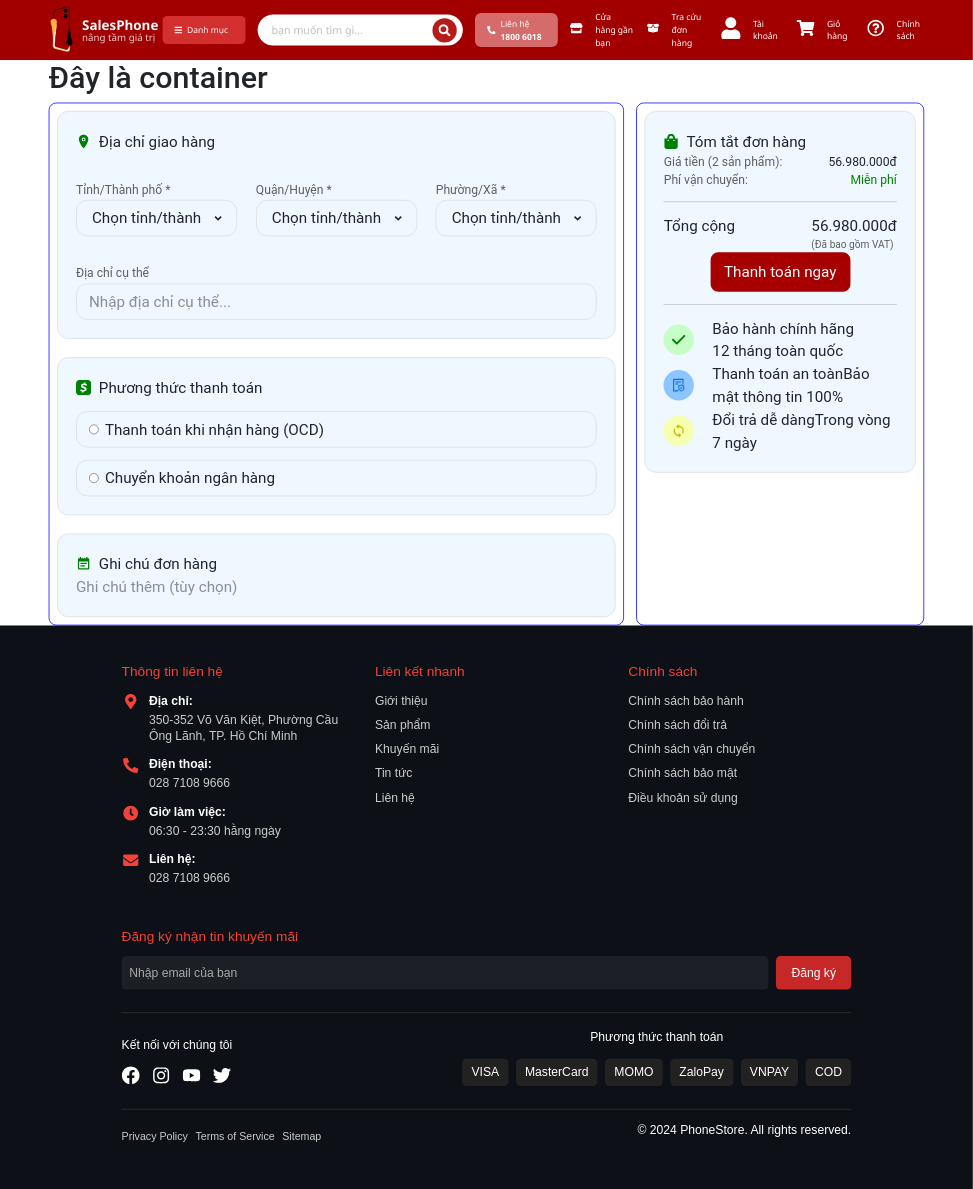
Repository: nguyenhuuluanTTB/cn-da22ttb-nguyenhuuluan-website_salesphone-nextjs_nodejs
Page: /order (app in Project_SalesPhone/client/salesphone/)
The author's editor kept a copy of each file at every save. The page is drawn from the files as they stood at one save, then again after the next save.
The browser window is 1280 px wide. The pictures show the whole page, at 76% of full size.
The project was rebuilt for these pictures with package versions that can differ from the ones it lists, and the page was loaded fresh each time. The framework's server and built-in components were replaced by stand-ins that run in the browser. Also part of the build but not shown: Project_SalesPhone/client/salesphone/next.config.ts.

Above is the page before, as saved 2025-12-02 02:56:36.

### Project_SalesPhone/client/salesphone/app/layout.tsx

import "./globals.css";
import Header from "./components/Header/Header";
import Footer from "./components/Footer/Footer";


import 'bootstrap/dist/css/bootstrap.min.css';


export const metadata = {
  title: "SalesPhone",
  description: "Website bán điện thoại",
};

export default function RootLayout({
  children,
}: {
  children: React.ReactNode;
}) {
  return (
    <html lang="vi">
      <body>
        {/* Thêm Header ở đây */}
        <Header />

        {/* Nội dung trang */}
        {children}
        <Footer />
      </body>
    </html>
  );
}

### Project_SalesPhone/client/salesphone/app/order/page.tsx
"use client"

import styles from './order.module.scss';
import { IoLocation } from "react-icons/io5";
import { SiCashapp } from "react-icons/si";
import { MdEventNote,MdLoop  } from "react-icons/md";
import { FaShoppingBag } from "react-icons/fa";
import { FaCheck } from "react-icons/fa6";
import { AiOutlineFileProtect } from "react-icons/ai";

export default function Order () {

    return(
        <section className={styles.order}> {/*order */}

            <div className={styles.container}> {/*container */}

                <h1>Đây là container</h1>
                <div className={styles.gridContainer}>

                    <div className={`${styles.item} ${styles.item1}`}>

                        <div className={styles.thongtindiachi}>

                            <div className={styles.title_location}><IoLocation style={{color:'green', fontWeight: 'bold'}}/><span>Địa chỉ giao hàng</span></div>
                            <div className={styles.diachigiaohang}> {/*Địa chỉ giao hàng */}
                                <div>
                                    <span style={{fontSize: '12pt', color: 'rgb(94, 94, 94)'}}>Tỉnh/Thành phố *</span>
                                    <div className={styles.tinh}>
                                        <select>

                                            <option>Chọn tỉnh/thành</option>
                                            <option>TP.Hồ Chính Minh</option>
                                            <option>Hà Nội</option>
                                            <option>Hải Phòng</option>
                                            <option>Đà Nẵng</option>
                                            <option>Cần Thơ</option>

                                        </select>
                                    </div>
                                </div>
                                <div>
                                    <span style={{fontSize: '12pt', color: 'rgb(94, 94, 94)'}}>Quận/Huyện *</span>
                                    <div className={styles.quan}>
                                        <select>

                                            <option>Chọn tỉnh/thành</option>
                                            <option>TP.Hồ Chính Minh</option>
                                            <option>Hà Nội</option>
                                            <option>Hải Phòng</option>
                                            <option>Đà Nẵng</option>
                                            <option>Cần Thơ</option>

                                        </select>
                                    </div>
                                </div>
                                <div>
                                    <span style={{fontSize: '12pt', color: 'rgb(94, 94, 94)'}}>Phường/Xã *</span>
                                    <div className={styles.phuong}>
                                        <select>

                                            <option>Chọn tỉnh/thành</option>
                                            <option>TP.Hồ Chính Minh</option>
                                            <option>Hà Nội</option>
                                            <option>Hải Phòng</option>
                                            <option>Đà Nẵng</option>
                                            <option>Cần Thơ</option>

                                        </select>
                                    </div>
                                </div>
                            </div>

                            <span style={{fontSize: '12pt', color: 'rgb(94, 94, 94)'}}>Địa chỉ cụ thể</span>
                            <input className={styles.diachicuthe} placeholder='Nhập địa chỉ cụ thể...' type='text'/>

                        </div>


                        {/*Phương thức thanh toán */}
                        <div className={styles.thongtindiachi}>
                                <div className={styles.title_location}><SiCashapp style={{color:'green', fontWeight: 'bold'}}/><span>Phương thức thanh toán</span></div>
                            <div className={styles.luachonthanhtoan}>

                                <div className={styles.typecash}>
                                    <input type="radio" name="cash"/><span>Thanh toán khi nhận hàng (OCD)</span>
                                </div>

                                <div className={styles.typecash}>
                                    <input type="radio" name="cash" /><span>Chuyển khoản ngân hàng</span>
                                </div>
                            </div>

                        </div>

                        {/*Ghi chú */}
                        <div className={styles.thongtindiachi}>
                            <div className={styles.title_location}><MdEventNote style={{color:'green', fontWeight: 'bold'}}/><span>Ghi chú đơn hàng</span></div>
                            <input style={{width: '100%', border: 'none'}} type="text" placeholder='Ghi chú thêm (tùy chọn)' />
                        </div>


                    </div>

                    <div className={styles.item}>
                        <div className={styles.donhang}>

                            <div className={styles.title_location}><FaShoppingBag style={{color:'green', fontWeight: 'bold'}}/><span>Tóm tắt đơn hàng</span></div>
                            <div style={{display: 'flex', justifyContent: 'space-between', fontSize: '12pt'}}>
                                <span style={{color: 'rgb(94, 94, 94)'}}>Giá tiền (2 sản phẩm):</span><span>56.980.000đ</span>
                            </div>
                            <div style={{display: 'flex', justifyContent: 'space-between', fontSize: '12pt'}}>
                                <span style={{color: 'rgb(94, 94, 94)'}}>Phí vận chuyển:</span><span style={{color: 'green'}}>Miễn phí</span>
                            </div>
                            <hr/>
                            <div className={styles.tien}>
                                <span>Tổng cộng</span>
                                <div style={{display: 'flex', flexDirection: 'column'}}>
                                    <span>56.980.000đ</span>
                                    <span style={{display: 'flex', justifyContent: 'space-between', fontSize: '10pt',color: 'rgb(94, 94, 94)'}}>(Đã bao gồm VAT)</span>
                                </div>
                            </div>

                            <button>Thanh toán ngay</button>
                            <hr/>

                            <div className={styles.baohanh}>
                                <div className={styles.baohanh_icon}>
                                    <FaCheck />
                                </div>
                                <div className={styles.baohanh_content}>
                                    <span>Bảo hành chính hãng</span>
                                    <span>12 tháng toàn quốc</span>
                                </div>
                            </div>
                            <div className={styles.ttat}>
                                <div className={styles.ttat_icon}>
                                    <AiOutlineFileProtect />
                                </div>
                                <div className={styles.ttat_content}>
                                    <span>Thanh toán an toàn</span>
                                    <span>Bảo mật thông tin 100%</span>
                                </div>
                            </div>
                            <div className={styles.doitra}>
                                <div className={styles.doitra_icon}>
                                    <MdLoop  />
                                </div>
                                <div>
                                    <span>Đổi trả dễ dàng</span>
                                    <span>Trong vòng 7 ngày</span>
                                </div>
                            </div>
                        </div>
                    </div>

                </div>


            </div>

        </section>
    )
}

### Project_SalesPhone/client/salesphone/app/components/Header/Header.tsx
import Link from "next/link";
import Image from "next/image";
import { FaBars, FaPhoneAlt, FaStore, FaBoxOpen, FaUser, FaShoppingCart, FaSearch, FaRegQuestionCircle } from "react-icons/fa";
import styles from "./Header.module.scss";
import logo from "./asset/logo.png";

export default function Header () {
    return(
        <header className={styles.header}>

        <div className={styles.container}>
        {/* Logo */}
        <div className={styles.logo_category}>

            {/* Danh mục */}
            <button className={styles.categoryBtn}>
                <FaBars />
                <span>Danh mục</span>
            </button>

             <div className={styles.logo}>
                <Image src={logo} alt="SalesPhone Logo" width={40} height={40} />
                <div className={styles.logoText}>
                    <span className={styles.brand}>SalesPhone</span>
                    <span className={styles.slogan}>nâng tầm giá trị</span>
                </div>


            </div>

             <Link href="#" className={`${styles.navItem} ${styles.giohang}`}>
                  <FaShoppingCart />
            </Link>

        </div>




        {/* Ô tìm kiếm */}
        <div className={styles.searchBox}>
          <input type="text" placeholder="bạn muốn tìm gì..." />
          <button className={styles.searchBtn}>
            <FaSearch />
          </button>
        </div>

        {/* Liên hệ */}
        <div className={styles.contact}>
          <FaPhoneAlt />
          <div>
            <span>Liên hệ</span> <br/>
            <strong>1800 6018</strong>
          </div>
        </div>



        {/* Các icon chức năng */}
        <nav className={styles.nav}>
          <Link href="#" className={`${styles.navItem} ${styles.cuahangganban}`}>
            <FaStore />
            <span>Cửa hàng gần bạn</span>
          </Link>
          <Link href="#" className={`${styles.navItem} ${styles.tracuudonhang}`}>
            <FaBoxOpen />
            <span>Tra cứu đơn hàng</span>
          </Link>
          <Link href="#" className={`${styles.navItem} ${styles.taikhoan}`}>
            <FaUser />
            <span>Tài khoản</span>
          </Link>
          <Link href="#" className={`${styles.navItem} `}>
            <FaShoppingCart />
            <span>Giỏ hàng</span>
          </Link>
          <Link href="#" className={`${styles.navItem} ${styles.chinhsach}`}>
            <FaRegQuestionCircle />
            <span>Chính sách</span>
          </Link>
        </nav>
      </div>



        </header>



    );
}

### Project_SalesPhone/client/salesphone/app/components/Footer/Footer.tsx
import React from "react";
import styles from "./Footer.module.scss";


import {
  FaFacebook ,
  FaInstagram,
  FaYoutube,
  FaTwitter,
  FaMapMarkerAlt,
  FaPhoneAlt,
  FaClock,
  FaEnvelope,
} from "react-icons/fa";

export default function Footer() {
  return (
    <footer className={styles.footer}>
      <div className={styles.container}>
        {/* --- Thông tin liên hệ --- */}
        <div className={styles.column}>
          <h3 className={styles.title}>Thông tin liên hệ</h3>

          <div className={styles.infoItem}>
            <FaMapMarkerAlt className={styles.icon} />
            <div>
              <strong>Địa chỉ:</strong>
              <p>350-352 Võ Văn Kiệt, Phường Cầu Ông Lãnh, TP. Hồ Chí Minh</p>
            </div>
          </div>

          <div className={styles.infoItem}>
            <FaPhoneAlt className={styles.icon} />
            <div>
              <strong>Điện thoại:</strong>
              <p>028 7108 9666</p>
            </div>
          </div>

          <div className={styles.infoItem}>
            <FaClock className={styles.icon} />
            <div>
              <strong>Giờ làm việc:</strong>
              <p>06:30 - 23:30 hằng ngày</p>
            </div>
          </div>

          <div className={styles.infoItem}>
            <FaEnvelope className={styles.icon} />
            <div>
              <strong>Liên hệ:</strong>
              <p>028 7108 9666</p>
            </div>
          </div>
        </div>

        {/* --- Liên kết nhanh --- */}
        <div className={styles.column}>
          <h3 className={styles.title}>Liên kết nhanh</h3>
          <ul>
            <li>Giới thiệu</li>
            <li>Sản phẩm</li>
            <li>Khuyến mãi</li>
            <li>Tin tức</li>
            <li>Liên hệ</li>
          </ul>
        </div>

        {/* --- Chính sách --- */}
        <div className={styles.column}>
          <h3 className={styles.title}>Chính sách</h3>
          <ul>
            <li>Chính sách bảo hành</li>
            <li>Chính sách đổi trả</li>
            <li>Chính sách vận chuyển</li>
            <li>Chính sách bảo mật</li>
            <li>Điều khoản sử dụng</li>
          </ul>
        </div>

        {/* --- Đăng ký nhận tin --- */}
        <div className={styles.column}>
          <h3 className={styles.title}>Đăng ký nhận tin khuyến mãi</h3>
          <div className={styles.subscribe}>
            <input type="email" placeholder="Nhập email của bạn" />
            <button>Đăng ký</button>
          </div>
        </div>
      </div>

      {/* --- Mạng xã hội --- */}
      <div className={styles.social_payment}>
          <div className={styles.social}>
            <p>Kết nối với chúng tôi</p>
            <div style={{display: 'flex', flexDirection: 'row', gap: '1rem', fontSize: '18pt'}}>
              <FaFacebook  />
              <FaInstagram />
              <FaYoutube />
              <FaTwitter />
            </div>

          </div>

          {/* --- Phương thức thanh toán --- */}
          <div className={styles.payment}>
            <p>Phương thức thanh toán</p>
            <div className={styles.methods}>
              <span>VISA</span>
              <span>MasterCard</span>
              <span>MOMO</span>
              <span>ZaloPay</span>
              <span>VNPAY</span>
              <span>COD</span>
            </div>
          </div>
      </div>


      {/* --- Footer bottom --- */}
      <div className={styles.bottom}>
        <p>© 2024 PhoneStore. All rights reserved.</p>
        <div className={styles.links}>
          <a href="#">Privacy Policy</a>
          <a href="#">Terms of Service</a>
          <a href="#">Sitemap</a>
        </div>
      </div>
    </footer>
  );
}

### Project_SalesPhone/client/salesphone/app/order/order.module.scss
.order{
    font-family: 'Roboto', sans-serif;
    padding: 0 4rem;
}


.gridContainer{
    display: grid;
    grid-template-columns: minimax(450, 2fr) minimax(200px, 1fr);
    gap: 1rem;
    min-width: 320px;
    margin: 0 auto;

    grid-template-areas: "item1 item2";
}

.item:nth-child(1) {grid-area: item1;}
.item:nth-child(2) {grid-area: item2;}

.item{
    font-size: 20px;
    padding: 10px;
    border-radius: 10px;
    min-width: 200px;
    border: 1px solid blue;
}

@media (max-width: 1600px) {
  .gridContainer {
    // grid-template-columns: repeat(2, 1fr);
    grid-template-columns: minmax(450px, 2fr) minmax(200px, 1fr);
    grid-template-areas:
      "item1 item2";
  }
}

@media (max-width: 1200px) {
    .gridContainer{
        grid-template-columns: 1fr;
        grid-template-areas:
            "item1"
            "item2";
    }
}

.item1{
    gap: 1.5rem;
    display: flex;
    flex-direction: column;
}


.diachigiaohang{
    display: flex;
    flex-direction: row;
    justify-content: space-between;
    margin: 2rem 0;
}

.title_location{
    display: flex;
    flex-direction: row;
    align-items: center;
    gap: 10px;
}

.thongtindiachi{
    background-color: aliceblue;
    border: solid 1px gainsboro;
    padding: 1.5rem;
    border-radius: 15px;
}

.tinh, .quan, .phuong{
    border: solid 1px gainsboro;
    padding: 0.5rem 1rem;
    border-radius: 15px;
}

.diachicuthe{
    border: solid 1px gainsboro;
    padding: 0.5rem 1rem;
    border-radius: 15px;
    width: 100%;
}

//Phần lựa chọn thanh toán
.typecash{
    display: flex;
    border-radius: 15px;
    padding: 0.5rem 1rem;
    border: solid 1px gainsboro;
    gap: 0.5rem;
}

.luachonthanhtoan{
    margin-top: 1rem;
    gap: 1rem;
    display: flex;
    flex-direction: column;
}


//đơn hàng
.donhang{
    display: flex;
    flex-direction: column;
    background-color: aliceblue;
    border: solid 1px gainsboro;
    padding: 1.5rem;
    border-radius: 15px;

    button{
        background-color: #A70000;
        width: 60%;
        display: block;
        margin: 0 auto;
        color: #fff;
        padding: 0.7rem 1rem;
        border-radius: 10px;
        transition: all 0.3s;
    }

    button:hover{
        background-color: #fa1a1a;
    }
}

.tien{
    display: flex;
    flex-direction: row;
    justify-content: space-between;
}


.baohanh, .ttat, .doitra{
    display: flex;
    flex-direction: row;
    align-items: center;
    justify-content: start;
    gap: 1.5rem;

    .baohanh_icon{
        color: green;
        background: rgb(199, 254, 199);
        border-radius: 20px;
        padding: 10px;
    }

    .baohanh_content{
        flex-direction: column;
        display: flex;
    }
}

.ttat_icon{
    color: rgb(0, 111, 221);
    background: rgb(140, 197, 255);
    border-radius: 20px;
    padding: 10px;
}

.doitra_icon{
    color: rgb(200, 184, 1);
    background: rgb(245, 255, 173);
    border-radius: 20px;
    padding: 10px;
}

### Project_SalesPhone/client/salesphone/app/components/Footer/Footer.module.scss
.footer {
  background-color: #0d1117;
  color: #fff;
  padding: 50px 10rem;
  font-family: sans-serif;
}

.container {
  display: flex;
  flex-wrap: wrap;
  justify-content: space-between;
  gap: 40px;
  border-bottom: 1px solid #333;
  padding-bottom: 30px;
}

.column {
  flex: 1;
  min-width: 240px;
}

.title {
  color: #f44336;
  font-size: 18px;
  margin-bottom: 15px;
}

/* --- Thông tin liên hệ --- */
.infoItem {
  display: flex;
  align-items: flex-start;
  gap: 12px;
  margin-bottom: 12px;
}

.icon {
  font-size: 20px;
  color: #f44336;
  min-width: 24px;
  margin-top: 3px;
}

.infoItem p {
  margin: 2px 0;
  color: #ccc;
  line-height: 1.4;
}

/* --- Liên kết --- */
.column ul {
  list-style: none;
  padding: 0;
}

.column ul li {
  margin: 8px 0;
  cursor: pointer;
  transition: color 0.2s ease;
  color: #ccc;
}

.column ul li:hover {
  color: #f44336;
}

/* --- Đăng ký --- */
.subscribe {
  display: flex;
  gap: 10px;
  margin-top: 10px;
}

.subscribe input {
  flex: 1;
  padding: 10px;
  border: none;
  border-radius: 6px;
  background: #1c1f26;
  color: #fff;
}

.subscribe input::placeholder {
  color: #aaa;
}

.subscribe button {
  background-color: #c62828;
  color: #fff;
  border: none;
  padding: 10px 20px;
  border-radius: 6px;
  cursor: pointer;
  transition: background 0.3s;
}

.subscribe button:hover {
  background-color: #e53935;
}

.social_payment{
    display: flex;
    flex-direction: row;
    justify-content: space-between;
}

/* --- Mạng xã hội --- */
.social {
  text-align: center;
  margin-top: 30px;
}

.icons {
  display: flex;
  justify-content: center;
  gap: 15px;
  margin-top: 10px;

}

.icons svg {
  background: #222;
  padding: 10px;
  border-radius: 50%;
  font-size: 18px;
  cursor: pointer;
  transition: all 0.3s ease;
}

.icons svg:hover {
  background: #f44336;
  transform: scale(1.1);
}

/* --- Thanh toán --- */
.payment {
  text-align: center;
  margin-top: 20px;
}

.methods {
  display: flex;
  justify-content: center;
  flex-wrap: wrap;
  gap: 10px;
  margin-top: 10px;
}

.methods span {
  background: #222;
  padding: 6px 12px;
  border-radius: 6px;
}

/* --- Dưới cùng --- */
.bottom {
  border-top: 1px solid #333;
  margin-top: 30px;
  padding-top: 15px;
  display: flex;
  flex-direction: row-reverse;
  justify-content: space-between;
  align-items: center;
  gap: 5px;
}

.links {
  display: flex;
  gap: 10px;
}

.links a {
  color: #ccc;
  text-decoration: none;
  font-size: 14px;
  transition: color 0.2s ease;
}

.links a:hover {
  color: #f44336;
}

/* --- Responsive --- */
@media (max-width: 768px) {
  .container {
    flex-direction: column;
  }

  .subscribe {
    flex-direction: column;
  }

  .subscribe input,
  .subscribe button {
    width: 100%;
  }

  .methods {
    flex-wrap: wrap;
  }

  .infoItem {
    align-items: flex-start;
  }
}

Loaded but not shown: Project_SalesPhone/client/salesphone/app/globals.css (common file); Project_SalesPhone/client/salesphone/app/components/Header/Header.module.scss (239 lines, source omitted)

After the next save:
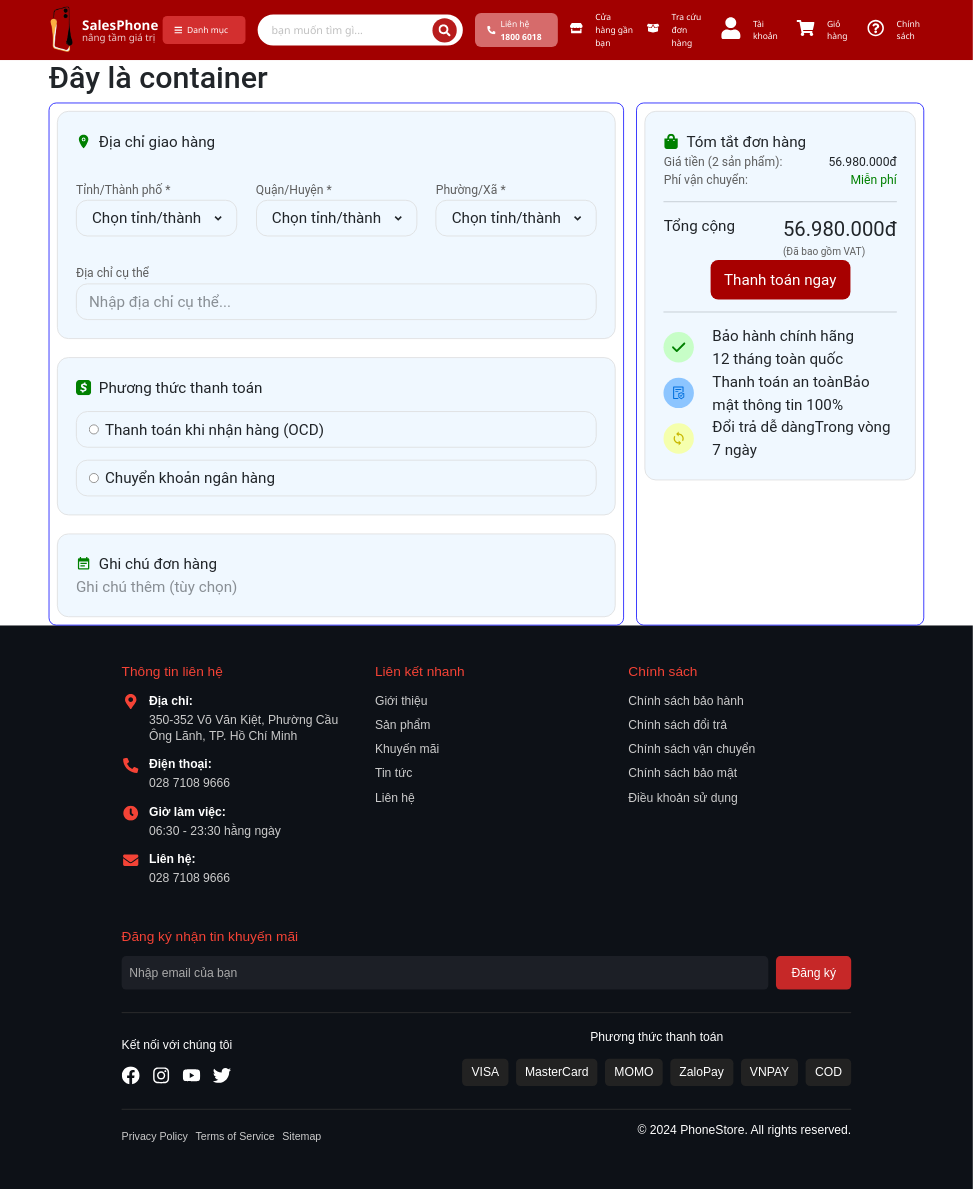
Saved 19 s later.
--- a/Project_SalesPhone/client/salesphone/app/order/page.tsx
+++ b/Project_SalesPhone/client/salesphone/app/order/page.tsx
@@ -116,7 +116,7 @@
                             <div className={styles.tien}>
                                 <span>Tổng cộng</span>
                                 <div style={{display: 'flex', flexDirection: 'column'}}>
-                                    <span>56.980.000đ</span>
+                                    <span style={{fontSize: '20pt'}}>56.980.000đ</span>
                                     <span style={{display: 'flex', justifyContent: 'space-between', fontSize: '10pt',color: 'rgb(94, 94, 94)'}}>(Đã bao gồm VAT)</span>
                                 </div>
                             </div>
